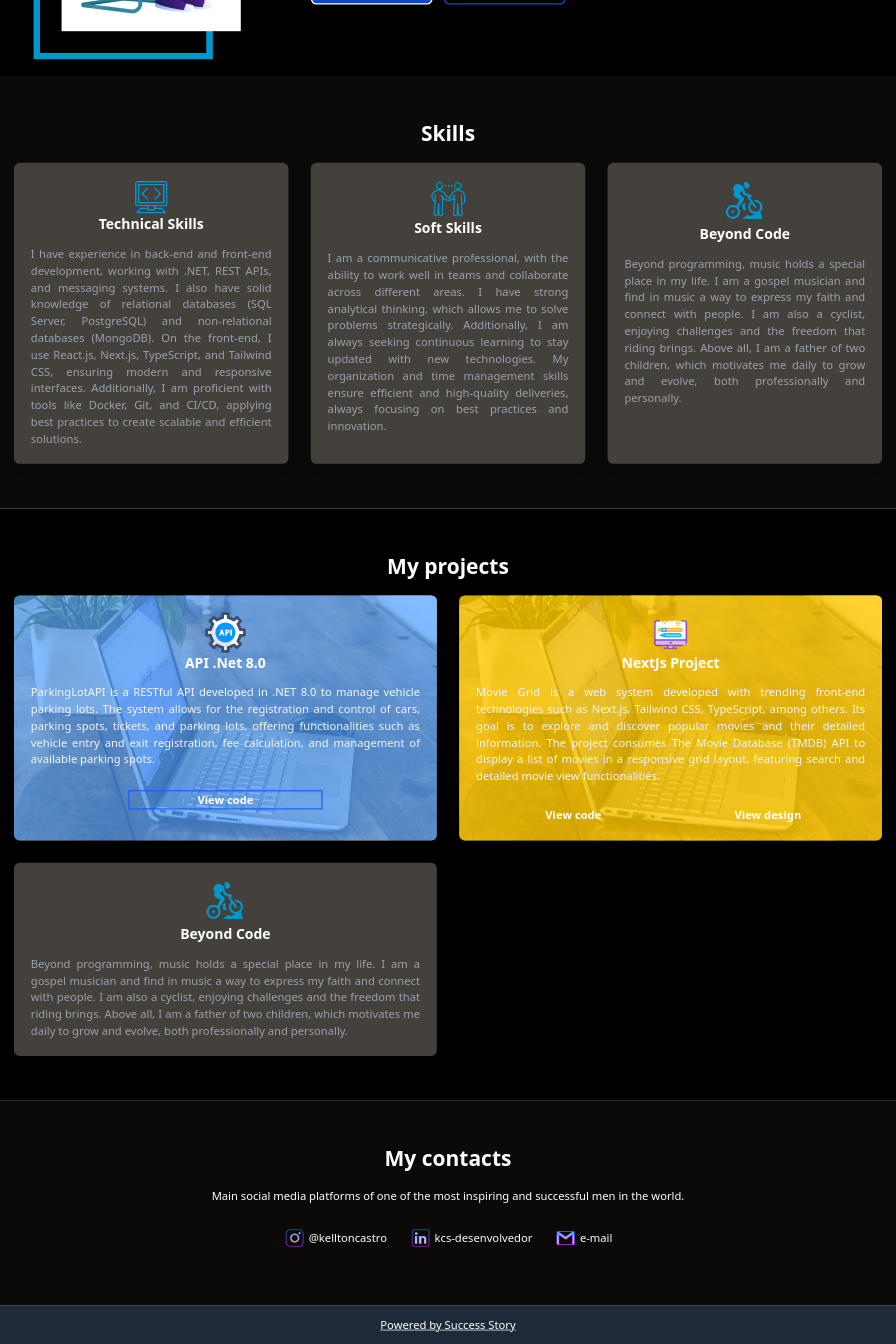
Repository: kcsdesenvolvedor/portfolio
Page: src/index.html
These files come from the project's save history. The page is drawn as it stood at one moment and after the next save; the edit follows.
The browser window is 1280 px wide. The pictures show the part of the page from y = 862 to 2782 px (the page is 2782 px tall), at 70% of full size.

Above is the page before, as saved 2025-03-23 16:20:49.
Console error: TypeError: Cannot read properties of null (reading 'textContent')

### src/index.html
<!DOCTYPE html>
<html lang="en">
<head>
    <meta charset="UTF-8">
    <meta name="viewport" content="width=device-width, initial-scale=1.0">
    <link rel="icon" href="./img/favicon.png" type="image/x-icon">
    <link href="./output.css" rel="stylesheet">
    <title>Mansour-Page</title>
    <style>
        .typing-container {
        font-family: 'Courier New', monospace;
        font-size: 24px;
        color: #333;
        white-space: nowrap;
        overflow: hidden;
        border-right: 2px solid black;
        display: inline-block;
        animation: blink-caret 0.7s step-end infinite;
        }

        #typing-text {
            height: 40px;
        }

        @keyframes blink-caret {
        from, to {
            border-color: transparent;
        }
        50% {
            border-color: black;
        }
        }


        @keyframes fadeIn {
            from {
                opacity: 0;
                transform: translateY(20px);
            }
            to {
                opacity: 1;
                transform: translateY(0);
            }
        }

        .fade-in {
            animation: fadeIn 1s ease-in-out;
        }
    </style>
</head>
<body class="bg-gray-100 font-sans">
    <header>
        <nav class="fixed top-0 z-50 w-full px-4 py-4 flex justify-between items-center bg-stone-950">
            <a class="text-3xl font-bold leading-none" href="#">
                <img class="w-16" src="./img/logo.png" alt="">
            </a>
            <div class="lg:hidden">
                <button class="navbar-burger flex items-center text-blue-600 p-3">
                    <svg class="block h-4 w-4 fill-current" viewBox="0 0 20 20" xmlns="http://www.w3.org/2000/svg">
                        <title>Mobile menu</title>
                        <path d="M0 3h20v2H0V3zm0 6h20v2H0V9zm0 6h20v2H0v-2z"></path>
                    </svg>
                </button>
            </div>
            <ul class="hidden absolute top-1/2 left-1/2 transform -translate-y-1/2 -translate-x-1/2 lg:mx-auto lg:flex lg:items-center lg:w-auto lg:space-x-20">
                <li><a class="text-sm text-blue-600/80 dark:text-sky-400/80 hover:text-white" href="#home">Home</a></li>
                <li><a class="text-sm text-blue-600/80 dark:text-sky-400/80 hover:text-white" href="#about">About Me</a></li>
                <li><a class="text-sm text-blue-600/80 dark:text-sky-400/80 hover:text-white" href="#achievements">Achievements</a></li>
                <li><a class="text-sm text-blue-600/80 dark:text-sky-400/80 hover:text-white" href="#contact">My Contacts</a></li>
            </ul>
        </nav>
        <div class="navbar-menu fixed top-0 z-50 w-full hidden">
            <div class="navbar-backdrop fixed inset-0 bg-gray-800 opacity-25"></div>
            <nav class="fixed top-0 left-0 bottom-0 flex flex-col w-5/6 max-w-sm py-6 px-6 bg-white border-r overflow-y-auto">
                <div class="flex items-center mb-8">
                    <a class="mr-auto text-3xl font-bold leading-none" href="#">
                        <img class="w-16" src="./img/logo.png" alt="">
                    </a>
                    <button class="navbar-close">
                        <svg class="h-6 w-6 text-gray-400 cursor-pointer hover:text-gray-500" xmlns="http://www.w3.org/2000/svg" fill="none" viewBox="0 0 24 24" stroke="currentColor">
                            <path stroke-linecap="round" stroke-linejoin="round" stroke-width="2" d="M6 18L18 6M6 6l12 12"></path>
                        </svg>
                    </button>
                </div>
                <div>
                    <ul>
                        <li class="mb-1">
                            <a class="navbar-itemMenu block p-4 text-sm font-semibold text-gray-400 hover:bg-blue-50 hover:text-blue-600 rounded" href="#home">Home</a>
                        </li>
                        <li class="mb-1">
                            <a class="navbar-itemMenu block p-4 text-sm font-semibold text-gray-400 hover:bg-blue-50 hover:text-blue-600 rounded" href="#about">About Me</a>
                        </li>
                        <li class="mb-1">
                            <a class="navbar-itemMenu block p-4 text-sm font-semibold text-gray-400 hover:bg-blue-50 hover:text-blue-600 rounded" href="#achievements">Achievements</a>
                        </li>
                        <li class="mb-1">
                            <a class="navbar-itemMenu block p-4 text-sm font-semibold text-gray-400 hover:bg-blue-50 hover:text-blue-600 rounded" href="#contact">My Contacts</a>
                        </li>
                        <li>
                            <div class="border-t-2">
                                <a class="navbar-itemMenu block p-4 text-sm font-semibold text-gray-400 hover:bg-blue-50 hover:text-blue-600 rounded" href="https://kcode2025.github.io/sucess-history" target="_blank">Success Story</a>
                            </div>
                        </li>
                    </ul>
                </div>
                <div class="mt-auto">

                    <a href="https://kcode2025.github.io/sucess-history" target="_blank">
                        <p class="my-4 text-xs text-center text-gray-400">
                            Powered by Success Story
                        </p>
                    </a>
                </div>
            </nav>
        </div>
    </header>


    <!-- Home Section -->
    <section id="home" class="flex flex-col-reverse lg:flex-row lg:justify-around justify-between bg-stone-950 text-white text-center pt-20 lg:pb-0 pb-5 px-10 fade-in">
        <!-- Div do texto -->
        <div class="self-center w-full flex items-center justify-center">
            <div class="flex flex-col lg:w-2/4"> <!-- Ajuste essa div para ocupar 100% da largura -->
                <p class="text-md text-left">
                    Hello!
                </p>
                <p class="text-3xl text-blue-600/80 dark:text-sky-400/80 text-left font-semibold">
                    I´m Kellton Castro
                </p>
                <p class="text-lg text-gray-400 text-left font-semibold mb-2">
                    Freelance developer & Web Designer
                </p>
                <p class="text-xs text-gray-400 text-left font-semibold mb-8">
                    Welcome to my portfolio! Here you will find some of the projects I have developed throughout my journey as a developer and freelancer.
                </p>
                <a href="#contact" class="bg-blue-600/80 dark:bg-sky-400/80 text-white font-bold w-2/4 py-3 px-6 border-2 rounded-lg shadow-lg hover:bg-black hover:text-blue-600/80 hover:dark:text-sky-400/80 hover:border-blue-600/80 hover:dark:border-sky-400/80 hover:border-2 transition delay-150 duration-300 ease-in-out">
                    My Contacts
                </a>
            </div>
        </div>

        <!-- Div da imagem -->
        <div class="flex justify-center lg:justify-end lg:w-2/4">
            <img class="min-w-2/4 object-contain" src="./img/perfil-portfolio2.png">
        </div>
    </section>

    <!-- Sobre -->
    <section id="about" class="flex flex-col lg:flex-row items-center justify-center space-y-10 lg:space-y-0 lg:space-x-20 py-16 bg-black border-r-gray-900 fade-in">
        <div class="relative flex justify-center">
            <!-- Moldura (posição de fundo) -->
            <img src="./img/moldura.png" class="w-3xs h-3xs absolute -left-5 top-5 lg:-left-10 lg:top-10" alt="moldura do perfil">

            <!-- Imagem de perfil (fica por cima) -->
            <img src="./img/perfil-portfolio1.png" class="w-3xs h-3xs relative z-10" alt="meu perfil">
        </div>
        <div class="px-5 w-full lg:w-3xl text-center lg:text-left">
            <h3 class="text-3xl text-white font-bold mb-2">About me</h3>
            <div class="w-20 h-0.5 bg-blue-600/80 dark:bg-sky-400/80 mb-3 mx-auto lg:mx-0"></div>
            <p class="text-gray-400 text-left w-full mb-8">
                I am a developer with 4 years of experience, working both in the corporate market and as a freelancer. Graduated in Systems Analysis and Development, I have experience in back-end and front-end development, contributing to the creation of efficient and scalable solutions. My approach involves continuous learning, always striving to keep up with new technologies and industry trends. I have a strong commitment to code quality, usability, and performance, ensuring that each delivered project adds value and innovation.
            </p>
            <div class="flex flex-col lg:flex-row w-full lg:w-2/4 gap-4">
                <a href="#contact" class="bg-blue-600/80 dark:bg-sky-400/80 text-center text-white font-bold w-full lg:w-2/4 py-3 px-6 border-2 rounded-lg shadow-lg hover:bg-black hover:text-blue-600/80 hover:dark:text-sky-400/80 hover:border-blue-600/80 hover:dark:border-sky-400/80 hover:border-2 transition delay-150 duration-300 ease-in-out">
                    My Contacts
                </a>
                <a href="#contact" class="bg-black text-center border-blue-600/80 dark:border-sky-400/80 text-blue-600/80 dark:text-sky-400/80 font-bold w-full lg:w-2/4 py-3 px-6 border-2 rounded-lg shadow-lg hover:text-white hover:border-white hover:border-2 transition delay-150 duration-300 ease-in-out">
                    Download CV
                </a>
            </div>
        </div>
    </section>



    <!-- Skills -->
    <section id="achievements" class="py-16 bg-stone-950 fade-in">
        <div class="container mx-auto text-center">
            <h3 class="text-3xl text-white font-bold mb-6">Skills</h3>
            <div class="px-5 grid grid-cols-1 md:grid-cols-3 gap-8">
                <div class="flex flex-col items-center bg-stone-700 p-6 rounded-lg shadow-lg transition delay-150 duration-300 transform hover:scale-105 hover:shadow-xl">
                    <img src="./img/hard-skills.png" alt="image hard skills">
                    <h4 class="text-xl text-white font-bold mb-4">Technical Skills</h4>
                    <p class="text-gray-400 text-justify">I have experience in back-end and front-end development, working with .NET, REST APIs, and messaging systems. I also have solid knowledge of relational databases (SQL Server, PostgreSQL) and non-relational databases (MongoDB). On the front-end, I use React.js, Next.js, TypeScript, and Tailwind CSS, ensuring modern and responsive interfaces. Additionally, I am proficient with tools like Docker, Git, and CI/CD, applying best practices to create scalable and efficient solutions.</p>
                </div>
                <div class="flex flex-col items-center bg-stone-700 p-6 rounded-lg shadow-lg transition delay-150 duration-300 transform hover:scale-105 hover:shadow-xl">
                    <img src="./img/soft-skills.png" class="h-14" alt="image soft skills">
                    <h4 class="text-xl text-white font-bold mb-4">Soft Skills</h4>
                    <p class="text-gray-400 text-justify">I am a communicative professional, with the ability to work well in teams and collaborate across different areas. I have strong analytical thinking, which allows me to solve problems strategically. Additionally, I am always seeking continuous learning to stay updated with new technologies. My organization and time management skills ensure efficient and high-quality deliveries, always focusing on best practices and innovation.</p>
                </div>
                <div class="flex flex-col items-center bg-stone-700 p-6 rounded-lg shadow-lg transition delay-150 duration-300 transform hover:scale-105 hover:shadow-xl">
                    <img src="./img/beyond-code.png" alt="imagem de beyond code">
                    <h4 class="text-xl text-white font-bold mb-4">Beyond Code</h4>
                    <p class="text-gray-400 text-justify">Beyond programming, music holds a special place in my life. I am a gospel musician and find in music a way to express my faith and connect with people. I am also a cyclist, enjoying challenges and the freedom that riding brings. Above all, I am a father of two children, which motivates me daily to grow and evolve, both professionally and personally.</p>
                </div>
            </div>
        </div>
    </section>

    <!-- Projetos -->
    <section id="achievements" class="py-16 bg-black fade-in">
        <div class="container mx-auto text-center">
            <h3 class="text-3xl text-white font-bold mb-6">My projects</h3>
            <div class="px-5 grid grid-cols-1 md:grid-cols-2 gap-8">
                <div class="relative bg-stone-700 p-6 rounded-lg shadow-lg
                bg-[url('./img/homeoffice.jpg')] bg-cover bg-center bg-opacity-20">
                    <div class="absolute inset-0 bg-blue-400/70 rounded-lg"></div>
                    <div class="relative z-10 flex flex-col items-center">
                        <img src="./img/api.png" alt="image api">
                        <h4 class="text-xl text-white font-bold mb-4">API .Net 8.0</h4>
                        <p class="text-gray-100 text-justify">ParkingLotAPI is a RESTful API developed in .NET 8.0 to manage vehicle parking lots. The system allows for the registration and control of cars, parking spots, tickets, and parking lots, offering functionalities such as vehicle entry and exit registration, fee calculation, and management of available parking spots.</p>
                        <div class="flex justify-center mt-8 w-full">
                            <a href="https://github.com/kcsdesenvolvedor/ParkingLotAPI" class="border-2 border-blue-600/80 dark:border-sky-400/80 text-white font-semibold w-full lg:w-2/4 px-6 hover:text-blue-600/80 hover:dark:text-sky-400/80 transition delay-150 duration-300 ease-in-out" target="_blank">
                                View code
                            </a>
                        </div>
                    </div>
                </div>
                <div class="relative bg-stone-700 p-6 rounded-lg shadow-lg
                bg-[url('./img/homeoffice.jpg')] bg-cover bg-center bg-opacity-20">
                    <div class="absolute inset-0 bg-yellow-400/80 rounded-lg"></div>
                    <div class="relative z-10 flex flex-col items-center">
                        <img src="./img/next-project.png" alt="image nextjs project">
                        <h4 class="text-xl text-white font-bold mb-4">NextJs Project</h4>
                        <p class="text-gray-100 text-justify">Movie Grid is a web system developed with trending front-end technologies such as Next.js, Tailwind CSS, TypeScript, among others. Its goal is to explore and discover popular movies and their detailed information. The project consumes The Movie Database (TMDB) API to display a list of movies in a responsive grid layout, featuring search and detailed movie view functionalities.</p>
                        <div class="flex justify-between mt-8 w-full">
                            <a href="https://github.com/kcsdesenvolvedor/Movie-Grid" class=" text-white font-semibold w-full lg:w-2/4 px-6 hover:text-blue-600/80 hover:dark:text-sky-400/80 transition delay-150 duration-300 ease-in-out" target="_blank">
                                View code
                            </a>
                            <a href="https://movie-grid-blue.vercel.app/" class=" text-white font-semibold w-full lg:w-2/4 px-6 hover:text-blue-600/80 hover:dark:text-sky-400/80 transition delay-150 duration-300 ease-in-out" target="_blank">
                                View design
                            </a>
                        </div>
                    </div>
                </div>
                <div class="flex flex-col items-center bg-stone-700 p-6 rounded-lg shadow-lg">
                    <img src="./img/beyond-code.png" alt="imagem de beyond code">
                    <h4 class="text-xl text-white font-bold mb-4">Beyond Code</h4>
                    <p class="text-gray-400 text-justify">Beyond programming, music holds a special place in my life. I am a gospel musician and find in music a way to express my faith and connect with people. I am also a cyclist, enjoying challenges and the freedom that riding brings. Above all, I am a father of two children, which motivates me daily to grow and evolve, both professionally and personally.</p>
                </div>
            </div>
        </div>
    </section>

    <!-- Contato -->
    <section id="contact" class="py-16 bg-stone-950 text-white text-center fade-in">
        <div class="container mx-auto px-2">
            <h3 class="text-3xl font-bold mb-6">My contacts</h3>
            <p class="mb-8">Main social media platforms of one of the most inspiring and successful men in the world.</p>
            <form class="max-w-lg mx-auto">
                <div class="flex flex-col justify-center lg:flex-row mb-4 gap-8">
                    <a href="https://www.cityfootballgroup.com/" target="_blank">
                        <div class="flex gap-1 items-center">
                            <img class="h-8 w-8" src="./img/instagram.png" alt="imagem do instagram">
                            <p class="text-1xl">@kelltoncastro</p>
                        </div>
                    </a>
                    <a href="https://x.com/HHmansour" target="_blank">
                        <div class="flex gap-1 items-center">
                            <img class="h-8 w-8" src="./img/linkedin.png" alt="imagem do linkedin">
                            <p class="text-1xl">kcs-desenvolvedor</p>
                        </div>
                    </a>
                    <a href="https://x.com/HHmansour" target="_blank">
                        <div class="flex gap-1 items-center">
                            <img class="h-8 w-8" src="./img/gmail.png" alt="imagem do gmail">
                            <p class="text-1xl">e-mail</p>
                        </div>
                    </a>
                </div>
            </form>
        </div>
    </section>

    <!-- Footer -->
    <footer class="bg-gray-800 text-white text-center py-4">
        <a class="cursor-pointer" href="https://kcode2025.github.io/sucess-history" target="_blank"><p class="underline">Powered by Success Story</p></a>
    </footer>

    <!-- Script -->
    <script>
        // Burger menus
        document.addEventListener('DOMContentLoaded', function() {
            // open
            const burger = document.querySelectorAll('.navbar-burger');
            const menu = document.querySelectorAll('.navbar-menu');

            if (burger.length && menu.length) {
                for (var i = 0; i < burger.length; i++) {
                    burger[i].addEventListener('click', function() {
                        for (var j = 0; j < menu.length; j++) {
                            menu[j].classList.toggle('hidden');
                        }
                    });
                }
            }

            // close
            const close = document.querySelectorAll('.navbar-close');
            const backdrop = document.querySelectorAll('.navbar-backdrop');
            const itemMenu = document.querySelectorAll('.navbar-itemMenu');

            if (close.length) {
                for (var i = 0; i < close.length; i++) {
                    close[i].addEventListener('click', function() {
                        for (var j = 0; j < menu.length; j++) {
                            menu[j].classList.toggle('hidden');
                        }
                    });
                }
            }

            if (backdrop.length) {
                for (var i = 0; i < backdrop.length; i++) {
                    backdrop[i].addEventListener('click', function() {
                        for (var j = 0; j < menu.length; j++) {
                            menu[j].classList.toggle('hidden');
                        }
                    });
                }
            }

            if (itemMenu.length) {
                for (var i = 0; i < itemMenu.length; i++) {
                    itemMenu[i].addEventListener('click', function() {
                        for (var j = 0; j < menu.length; j++) {
                            menu[j].classList.toggle('hidden');
                        }
                    });
                }
            }
        });

        // animação de digitação

        const texts = [
        "Visionary Leader",
        "Sports Enthusiast",
        "City Football Group Owner",
        "Innovative Investor",
        "Philanthropist",
        "Economic Pioneer",
        "Influential Figure",
        "Strategic Thinker",
        "Cultural Advocate",
        "Inspiring Icon"
        ];

        let currentTextIndex = 0;
        let charIndex = 0;
        const typingSpeed = 100; // Velocidade de digitação (ms por caractere)
        const erasingSpeed = 50; // Velocidade de apagar
        const delayBetweenTexts = 2000; // Tempo antes de trocar para o próximo texto

        const typingElement = document.getElementById("typing-text");

        function typeText() {
        if (charIndex < texts[currentTextIndex].length) {
            typingElement.textContent += texts[currentTextIndex].charAt(charIndex);
            charIndex++;
            setTimeout(typeText, typingSpeed);
        } else {
            setTimeout(eraseText, delayBetweenTexts);
        }
        }

        function eraseText() {
        if (charIndex > 0) {
            typingElement.textContent = texts[currentTextIndex].substring(0, charIndex - 1);
            charIndex--;
            setTimeout(eraseText, erasingSpeed);
        } else {
            currentTextIndex = (currentTextIndex + 1) % texts.length;
            setTimeout(typeText, typingSpeed);
        }
        }

        // Começar a animação
        document.addEventListener("DOMContentLoaded", () => {
        setTimeout(typeText, delayBetweenTexts);
        });

        </script>
</body>
</html>

Loaded but not shown: src/output.css (3548 lines, source omitted)

After the next save:
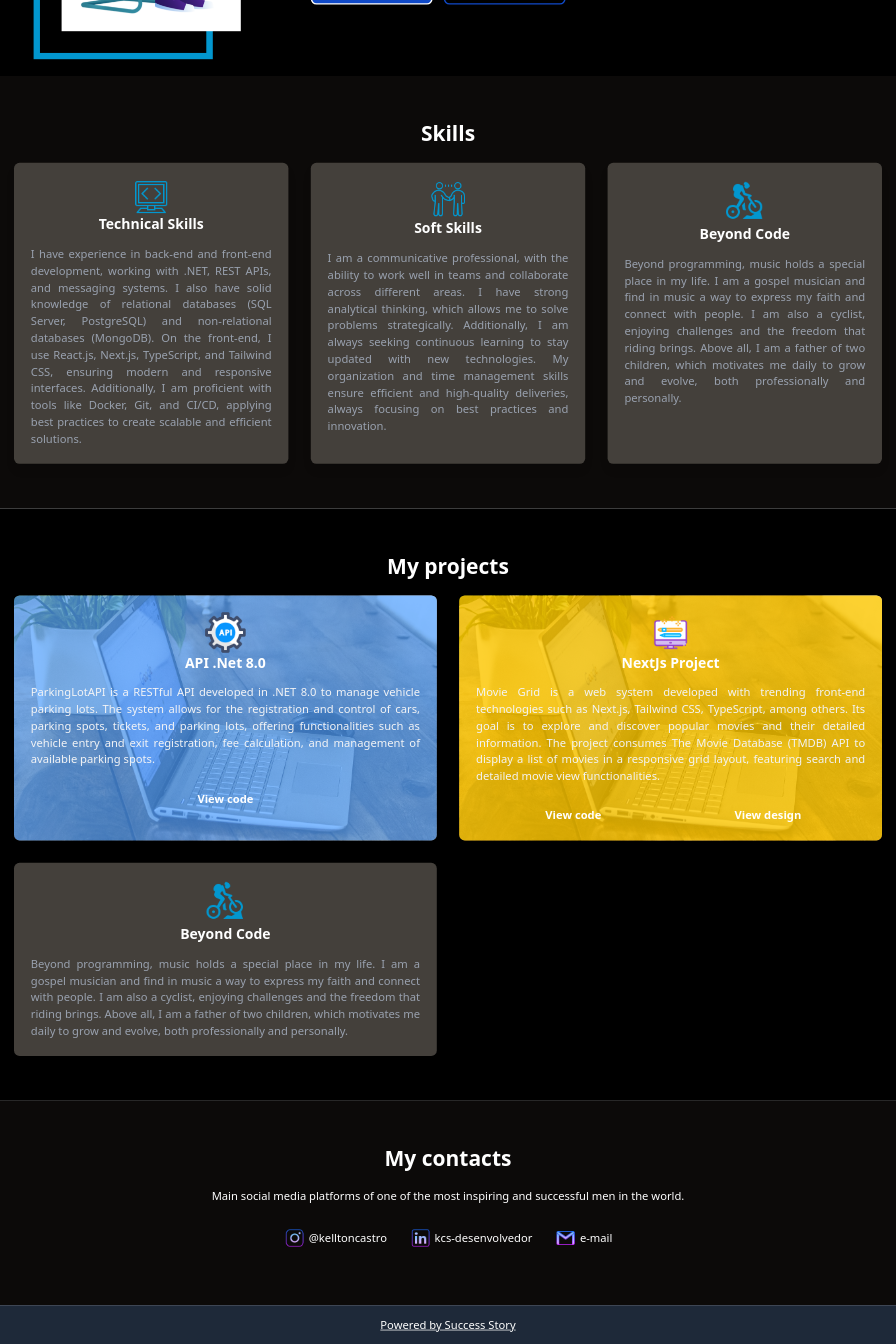
Saved 27 s later.
--- a/src/index.html
+++ b/src/index.html
@@ -210,7 +210,7 @@
                         <h4 class="text-xl text-white font-bold mb-4">API .Net 8.0</h4>
                         <p class="text-gray-100 text-justify">ParkingLotAPI is a RESTful API developed in .NET 8.0 to manage vehicle parking lots. The system allows for the registration and control of cars, parking spots, tickets, and parking lots, offering functionalities such as vehicle entry and exit registration, fee calculation, and management of available parking spots.</p>
                         <div class="flex justify-center mt-8 w-full">
-                            <a href="https://github.com/kcsdesenvolvedor/ParkingLotAPI" class="border-2 border-blue-600/80 dark:border-sky-400/80 text-white font-semibold w-full lg:w-2/4 px-6 hover:text-blue-600/80 hover:dark:text-sky-400/80 transition delay-150 duration-300 ease-in-out" target="_blank">
+                            <a href="https://github.com/kcsdesenvolvedor/ParkingLotAPI" class="text-white font-semibold w-full lg:w-2/4 px-6 hover:text-blue-600/80 hover:dark:text-sky-400/80 transition delay-150 duration-300 ease-in-out" target="_blank">
                                 View code
                             </a>
                         </div>
